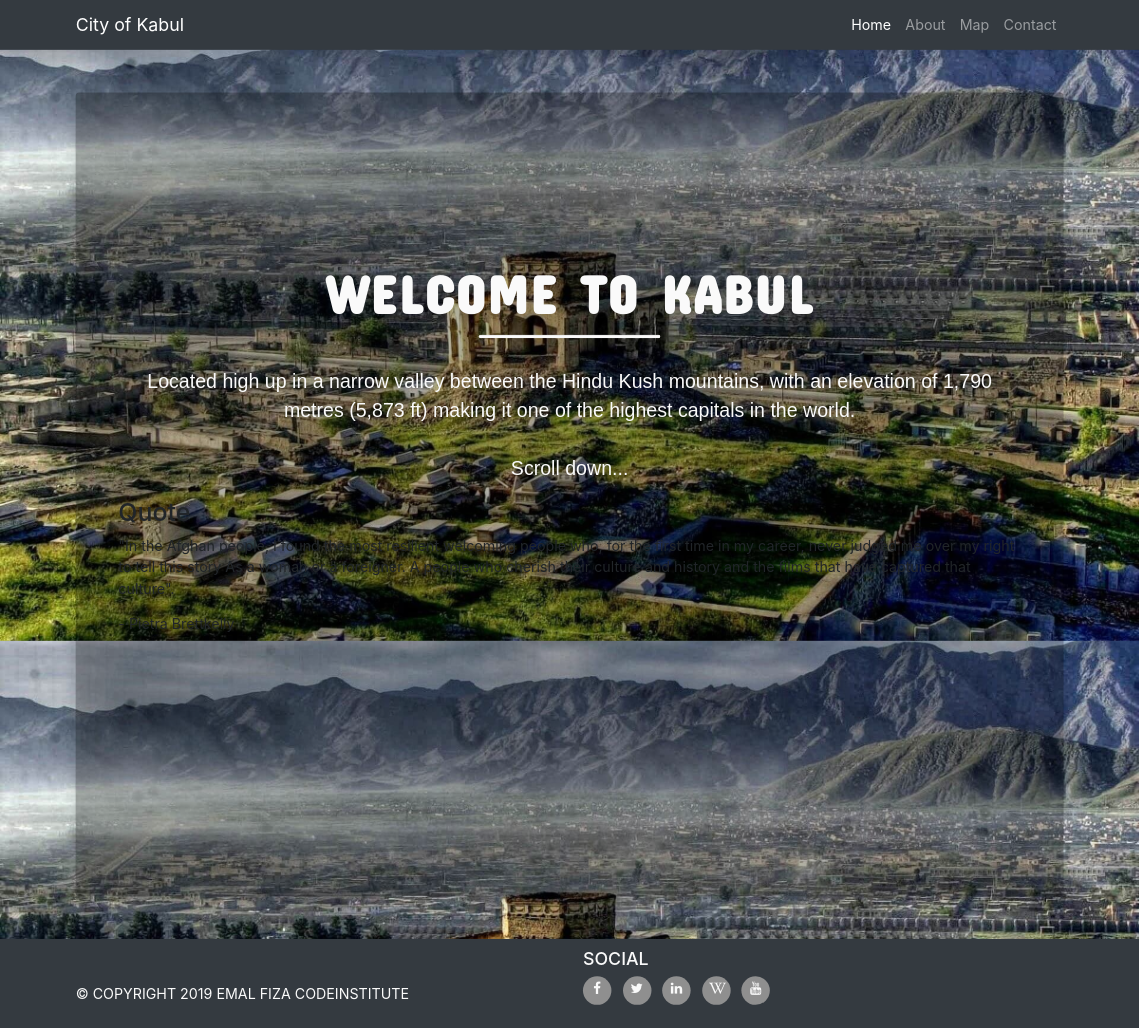
Repository: emalfiza/project-kabul
Page: index.html
The author's editor kept a record of every edit. The page is drawn from the files as they stood at one moment, then again after the next edit.
The browser window is 1280 px wide. The pictures show the whole page, at 89% of full size.
Backgrounds fixed to the window are drawn as part of the page. Some web fonts or font styles are not loaded; a fallback is used. Some web libraries are served in a nearby version.

Above is the page before.

### index.html
<!DOCTYPE html>
<html lang="en">

<head>
  <meta charset="UTF-8">
  <meta name="viewport" content="width=device-width, initial-scale=1.0">
  <meta http-equiv="X-UA-Compatible" content="ie=edge">
  <link rel="stylesheet" href="https://stackpath.bootstrapcdn.com/bootstrap/4.3.1/css/bootstrap.min.css" type="text/css" />
  <link rel="stylesheet" href="https://stackpath.bootstrapcdn.com/font-awesome/4.7.0/css/font-awesome.min.css" type="text/css" />
  <link rel="stylesheet" href="assets/css/style.css" type="text/css" />
  <title>City of Kabul</title>
</head>

<body id="body">
  <header>

    <!--Navbar for the landing page of city of kabul. It's a Bootstrap navbar-->

    <nav class="navbar navbar-expand-lg navbar-dark bg-dark static-top mb-5 shadow">
      <div class="container">
        <a class="navbar-brand" href="index.html">City of Kabul</a>
        <button class="navbar-toggler" type="button" data-toggle="collapse" data-target="#navbarResponsive" aria-controls="navbarResponsive" aria-expanded="false" aria-label="Toggle navigation">
          <span class="navbar-toggler-icon"></span>
        </button>
        <div class="collapse navbar-collapse" id="navbarResponsive">
          <ul class="navbar-nav ml-auto">
            <li class="nav-item active">
              <a class="nav-link" href="index.html">Home
                <span class="sr-only">(current)</span>
              </a>
            </li>
            <li class="nav-item">
              <a class="nav-link" href="about.html">About</a>
            </li>
            <li class="nav-item">
              <a class="nav-link" href="map.html">Map</a>
            </li>
            <li class="nav-item">
              <a class="nav-link" href="contact.html">Contact</a>
            </li>
          </ul>
        </div>
      </div>
    </nav>
  </header>

  <!--Page Content-->

  <section>
    <div class="container">
      <div class="card border-0 shadow my-5">
        <div class="card-body p-5">
          <div class="context">
            <h1>Welcome To Kabul</h1>
            <hr>
            <p>Located high up in a narrow valley between the Hindu Kush mountains, with an elevation of 1,790 metres (5,873 ft) making it one of the highest capitals in the world.</p>
            <p>Scroll down...</p>
          </div>
          <div class="quote" style="height: 400px">
            <h3>Quote</h3>
            <P>"In the Afghan people, I found the most resilient welcoming people who, for the first time in my career, never judged me over my right to tell this story
            As a woman or a foreigner. A people who cherish their culture and history and the films that have captured that culture".</P>
            <p>- Pietra Brettkelly</p>
          </div>
        </div>
      </div>
    </div>
  </section>

  <!--Footer-->

  <footer class="container-fluid footer">
    <div class="container">
      <div class="row">
        <div class="col-sm-6">
          <p class="uppercase general-sub special">&copy; Copyright 2019 Emal Fiza CodeInstitute</p>
        </div>
        <div class="col-sm-6">
          <h5 class="uppercase general-sub">Social</h5>
          <ul class="list-inline social-links">
            <li class="list-inline-item">
              <a target="_blank" href="https://www.facebook.com/places/Things-to-do-in-Kabul-Afghanistan/102164239825190/">
              <i class="fa fa-facebook" aria-hidden="true"></i>
              <span class="sr-only">Facebook</span>
            </a>
            </li>
            <li class="list-inline-item">
              <a target="_blank" href="https://twitter.com/kabulnewstv">
              <i class="fa fa-twitter" aria-hidden="true"></i>
              <span class="sr-only">Twitter</span>
            </a>
            </li>
            <li class="list-inline-item">
              <a target="_blank" href="#">
              <i class="fa fa-linkedin" aria-hidden="true"></i>
              <span class="sr-only">LinkedIn</span>
            </a>
            </li>
            <li class="list-inline-item">
              <a target="_blank" href="https://en.wikipedia.org/wiki/Kabul">
              <i class="fa fa-wikipedia-w" aria-hidden="true"></i>
              <span class="sr-only">Wikipedia</span>
            </a>
            </li>
            <li class="list-inline-item">
              <a target="_blank" href="https://www.youtube.com/watch?v=JuWQ4T8p5m0">
              <i class="fa fa-youtube" aria-hidden="true"></i>
              <span class="sr-only">YouTube</span>
            </a>
            </li>
          </ul>
        </div>
      </div>
    </div>

  </footer>
  <script src="https://code.jquery.com/jquery-3.2.1.slim.min.js" integrity="sha384-KJ3o2DKtIkvYIK3UENzmM7KCkRr/rE9/Qpg6aAZGJwFDMVNA/GpGFF93hXpG5KkN" crossorigin="anonymous"></script>
  <script src="https://cdnjs.cloudflare.com/ajax/libs/popper.js/1.12.9/umd/popper.min.js" integrity="sha384-ApNbgh9B+Y1QKtv3Rn7W3mgPxhU9K/ScQsAP7hUibX39j7fakFPskvXusvfa0b4Q" crossorigin="anonymous"></script>
  <script src="https://maxcdn.bootstrapcdn.com/bootstrap/4.0.0/js/bootstrap.min.js" integrity="sha384-JZR6Spejh4U02d8jOt6vLEHfe/JQGiRRSQQxSfFWpi1MquVdAyjUar5+76PVCmYl" crossorigin="anonymous"></script>
</body>

</html>

### assets/css/style.css
@import url('https://fonts.googleapis.com/css?family=Concert+One|Grenze&display=swap:100,200,300,400,500,600,700,800|Grenze:100,200,300,400,500,600,700,800');


/* --
,------.                  ,--.    ,------.,--.
|  .---',--,--,--. ,--,--.|  |    |  .---'`--',-----. ,--,--.
|  `--, |        |' ,-.  ||  |    |  `--, ,--.`-.  / ' ,-.  |
|  `---.|  |  |  |\ '-'  ||  |    |  |`   |  | /  `-.\ '-'  |
`------'`--`--`--' `--`--'`--'    `--'    `--'`-----' `--`--'


The bellow body css imported from the startbootstrap.com
for the full background image of the landing page---------------*/

#body {
  background: url("../images/kabul.jpg") no-repeat center center fixed;
  background-size: cover;
  -webkit-background-size: cover;
  -moz-background-size: cover;
  -o-background-size: cover;
}

.img-fluid {
  margin-bottom: 18px;
}

/* --Navbar-----------------------------------------------------*/

.navbar-brand {
  color: #fafafa;
}

/* --Heading-----------------------------------------------------*/

.context {
  margin-top: 14%;
}

.context h1 {
  font-family: "Concert One", sans-serif;
  font-weight: bolder;
  text-align: center;
  letter-spacing: 2px;
  text-transform: uppercase;
  font-size: 60px;
  color: #fafafa;
  margin-bottom: 10px;
}

.context p {
  font-family: "Grenze", sans-serif;
  font-size: 22px;
  color: #fafafa;
  text-align: center;
  margin-top: 32px;
}

.section-heading {
  font-family: "Concert One", sans-serif;
  text-align: center;
}

.card {
  background-color: rgba(0, 0, 0, 0.3);
}

/* --Horizontal line under the heading-----------------------------------------------*/

hr {
  width: 20%;
  display: block;
  margin-top: 0.5em;
  margin-bottom: 0.5em;
  margin-left: auto;
  margin-right: auto;
  border-style: double;
  border-width: 1px;
  border-radius: 2px;
  height: 2px;
  color: #fafafa;
  background-color: #fafafa;
}

/* --Main content-----------------------------------------------*/

.section-paragraph {
  font-family: "Grenze", sans-serif;
  margin: 0 0 18px 0;
  text-align: justify;
  font-weight: 400;
  font-size: 22px;
  color: #4a4a4f;
}

.list-group {
  margin-bottom: 18px;
  padding: 0;
  font-family: "Concert One", sans-serif;
  font-weight: 600;
  color: #212529;
}

.info {
  font-family: "Concert One", sans-serif;
  color: #4a4a4f;
}

.contact {
  margin-top: 32px;
}

.message {
  width: 100%;
  height: 200px;
  border: 1px solid #ced4da;
  padding: .375rem .75rem;
  color: #495057;
  border-radius: .25rem;
}

.btn {
  margin-bottom: 22px;
}

/* --Map for the map page---------------------------------------*/

.map {
  margin: 0;
  padding: 0;
  height: 100vh;
}


/* --Form for the contact page----------------------------------*/

.form-control:focus {
  border-color: #DC3545;
  box-shadow: 0 0 0 0.2rem rgba(220,53,69,.25);
}

/* --Footer-----------------------------------------------------*/

footer {
  background-color: #343a40!important;
  color: #fafafa;
  min-height: 100px;
}

.footer {
  position: initial;
  left: 0;
  bottom: 0;
  width: 100%;
}

.uppercase {
  text-transform: uppercase;
}

/* --The font-family for the general-sub I copied from the bootsratp navbar "DevTool" of my home page
because I wanted my footer font family to match my navbar--*/

.general-sub {
  font-family: -apple-system, BlinkMacSystemFont, "Segoe UI", Roboto, "Helvetica Neue",
  Arial, "Noto Sans", sans-serif, "Apple Color Emoji", "Segoe UI Emoji", "Segoe UI Symbol", "Noto Color Emoji";
  margin-top: 10px;
}

.special {
  margin-left: 0px;
  margin-top: 50px;
}

.social-links {
  padding: 0;
}

.social-links li a i {
  position: relative;
  width: 32px;
  height: 32px;
  padding: 8px;
  border-radius: 50%;
  font-size: 15px;
  line-height: 12px;
  text-align: center;
  color: #fafafa;
  background-color: #8f8f8f;
  transition: all 0.40s ease-in-out;
  -moz-transition: all 0.40s ease-in-out;
  -webkit-transition: all 0.40s ease-in-out;
  -o-transition: all 0.40s ease-in-out;
}

.social-links li a i:hover {
  background-color: #252525;
}

After the next edit:
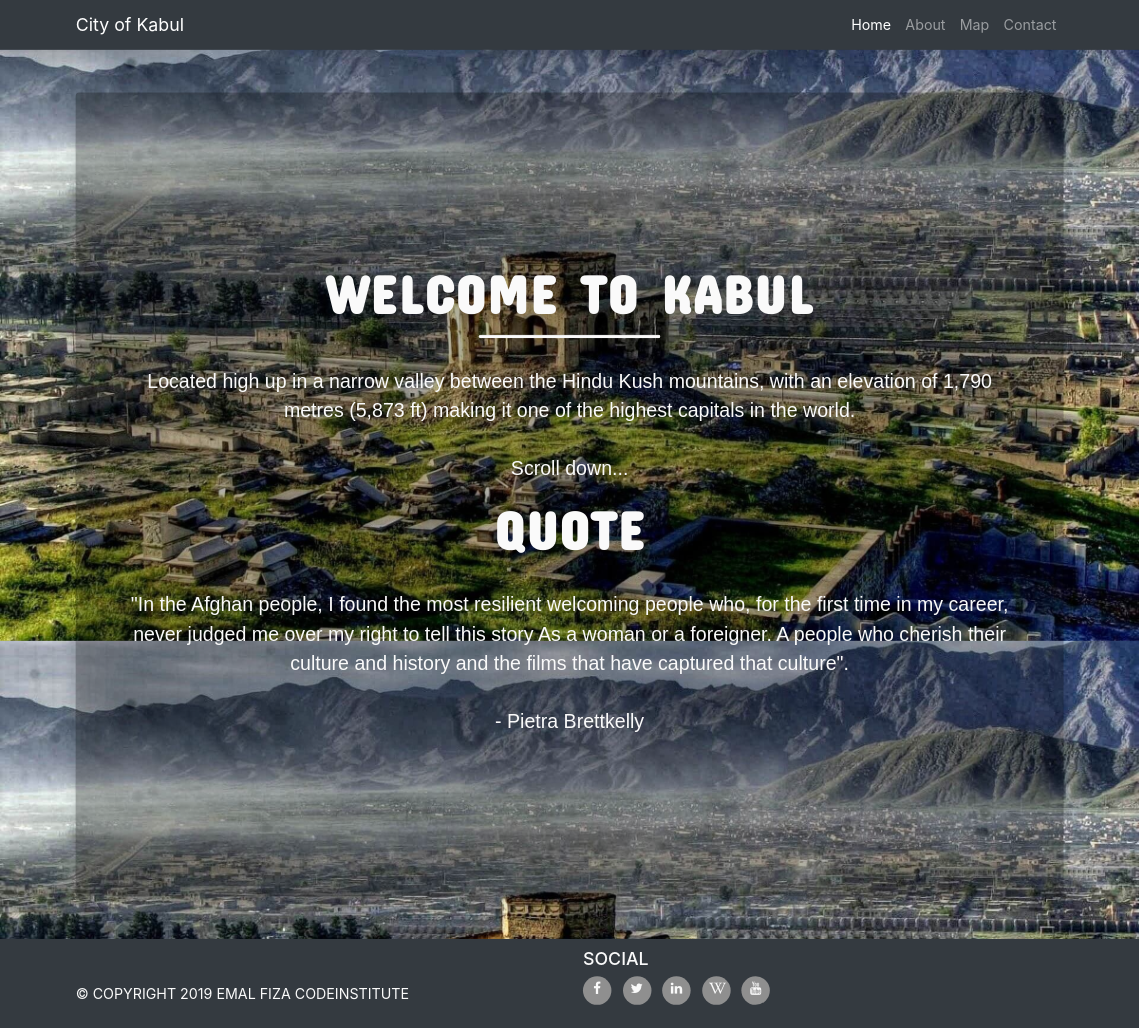
The edit:
--- a/assets/css/style.css
+++ b/assets/css/style.css
@@ -48,6 +48,25 @@ for the full background image of the landing page---------------*/
 }
 
 .context p {
+  font-family: "Grenze", sans-serif;
+  font-size: 22px;
+  color: #fafafa;
+  text-align: center;
+  margin-top: 32px;
+}
+
+.quote h3 {
+  font-family: "Concert One", sans-serif;
+  font-weight: bolder;
+  text-align: center;
+  letter-spacing: 2px;
+  text-transform: uppercase;
+  font-size: 60px;
+  color: #fafafa;
+  margin-bottom: 10px;
+}
+
+.quote p {
   font-family: "Grenze", sans-serif;
   font-size: 22px;
   color: #fafafa;
